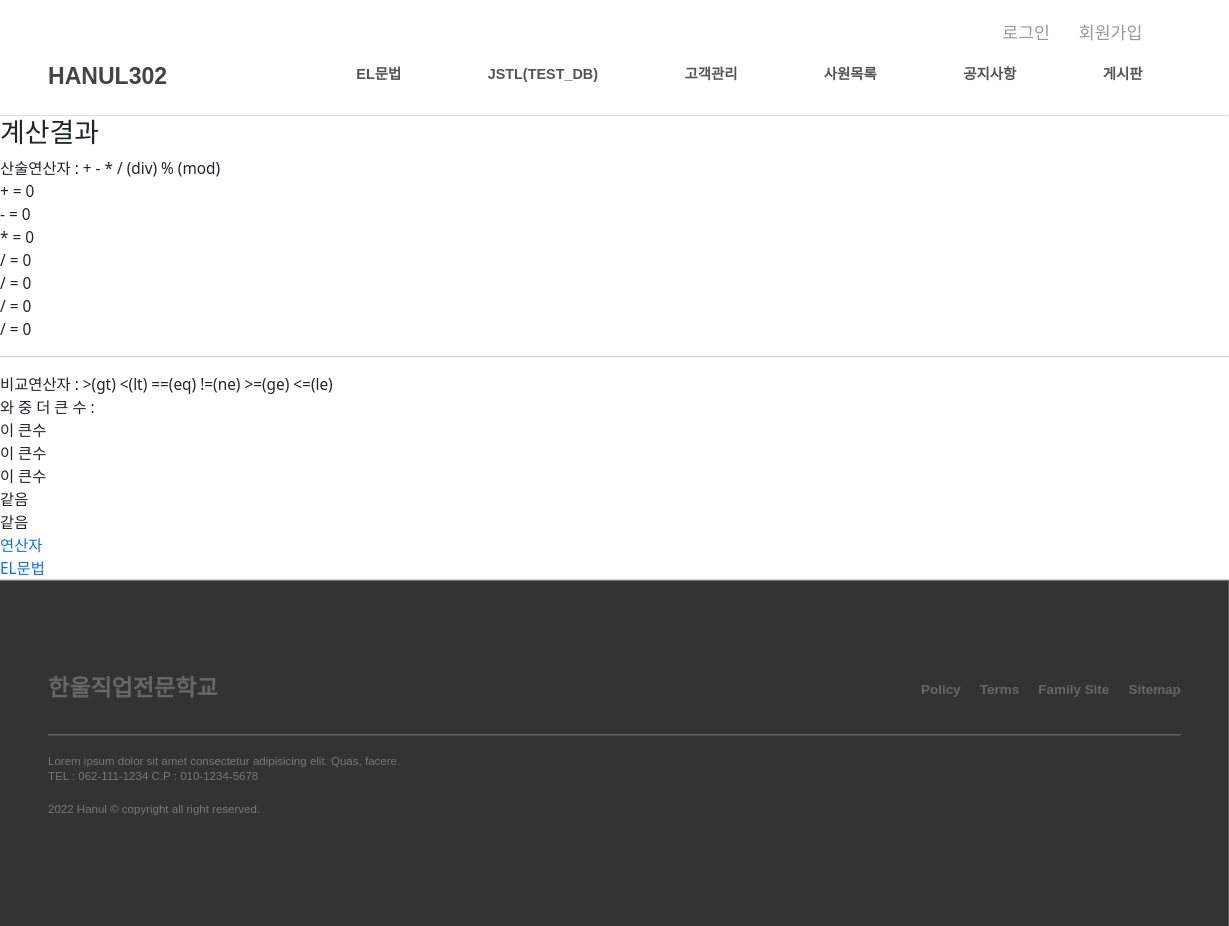
Repository: Xeyeong/servlet
Page: http://localhost/05.MiniProject/el/calculator.jsp
An editor plug-in stored every save of this project. The page is shown before and after the next save, followed by the edit.
The browser window is 1280 px wide. The pictures show the whole page, at 96% of full size.
Some web libraries are served in a nearby version. The page is served by Tomcat 9.

Above is the page before, as saved 2022-09-20 03:42:19.

After the next save:
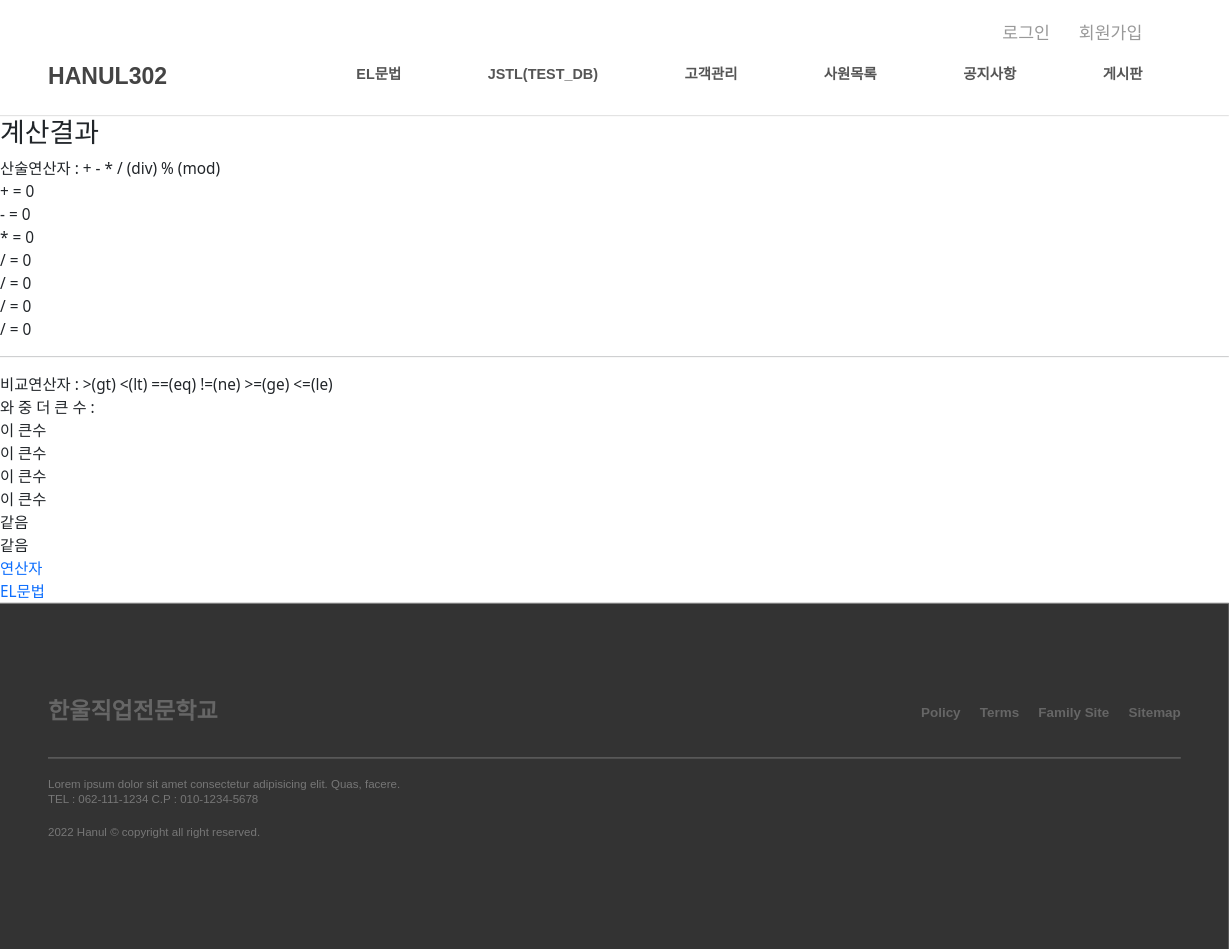
Saved 10 s later.
--- a/05.MiniProject/src/main/webapp/el/calculator.jsp
+++ b/05.MiniProject/src/main/webapp/el/calculator.jsp
@@ -24,6 +24,7 @@
 	<div>${param.no1} 와 ${param.no2} 중 더 큰 수 : ${param.no1 > param.no2 ? param.no1 : param.no2 }
 		 <br>${param.no1 - param.no2 > 0 ? param.no1 : param.no2 } 이 큰수
 		 <br>${param.no1 gt (param.no2-0) ? param.no1 : param.no2 } 이 큰수
+		 <br>${param.no1 ge (param.no2-0) ? param.no1 : param.no2 } 이 큰수
 		 <br>${param.no1 lt (param.no2-0) ? param.no2 : param.no1 } 이 큰수
 		 <br>${param.no1 eq param.no2 ? "같음" : "다름" }
 		 <br>${param.no1 ne param.no2 ? "같지않음" : "같음" }
